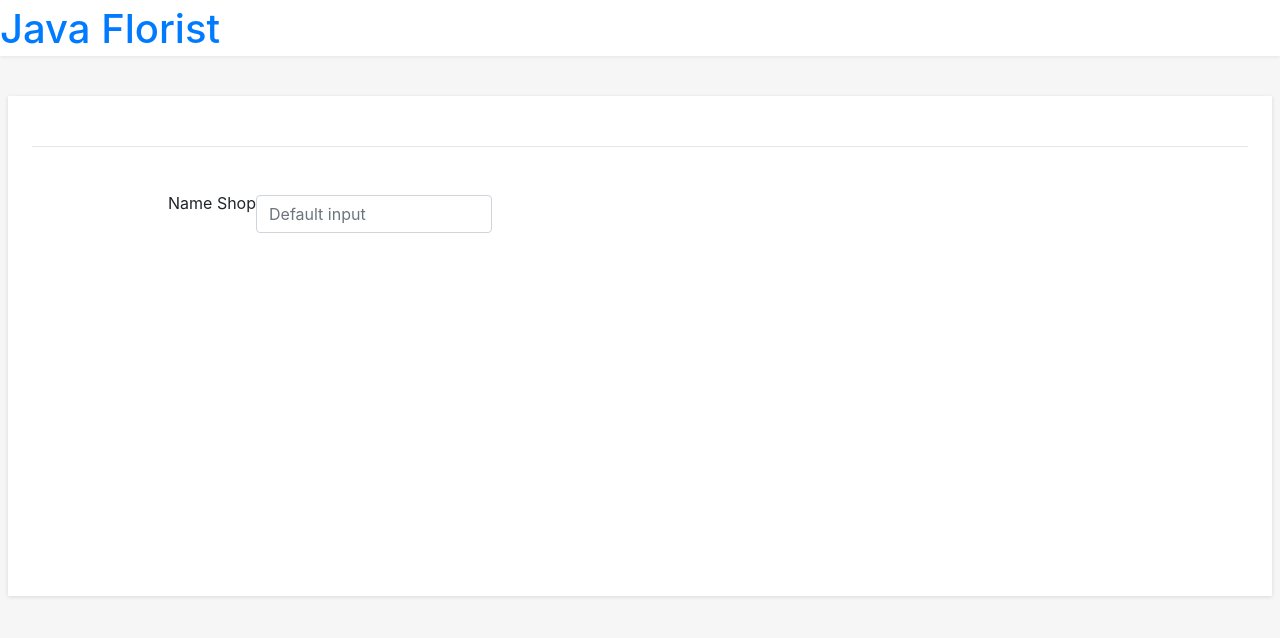
Repository: hienttm/flower-java-florist
Page: JavaFlorist/JavaFlorist/wwwroot/BecomePartner/index.html
An editor plug-in stored every save of this project. The page is shown before and after a run of saves, followed by the edit.
The browser window is 1280 px wide. The pictures show the whole page.
Some web libraries are served in a nearby version.

Above is the page before, as saved 2023-12-29 17:48:16.

### JavaFlorist/JavaFlorist/wwwroot/BecomePartner/index.html
<!DOCTYPE html>
<html lang="en">
<head>
    <meta charset="UTF-8">
    <meta name="viewport" content="width=device-width, initial-scale=1.0">
    <title>Document</title>
        <!-- Google Web Fonts -->
        <link rel="preconnect" href="https://fonts.googleapis.com">
        <link rel="preconnect" href="https://fonts.gstatic.com" crossorigin>
        <link href="https://fonts.googleapis.com/css2?family=Open+Sans:wght@400;600&family=Raleway:wght@600;800&display=swap" rel="stylesheet">

        <!-- Icon Font Stylesheet -->
        <link rel="stylesheet" href="https://use.fontawesome.com/releases/v5.15.4/css/all.css" />
        <link href="https://cdn.jsdelivr.net/npm/bootstrap-icons@1.4.1/font/bootstrap-icons.css" rel="stylesheet">

            <!-- Customized Bootstrap Stylesheet -->
            <link rel="stylesheet" href="https://cdn.jsdelivr.net/npm/bootstrap@4.0.0/dist/css/bootstrap.min.css" integrity="sha384-Gn5384xqQ1aoWXA+058RXPxPg6fy4IWvTNh0E263XmFcJlSAwiGgFAW/dAiS6JXm" crossorigin="anonymous">
        <link rel="stylesheet" href="style/Partner.css">
</head>
<body>
    <!-- Spinner Start -->
    <div class="onboarding-page">
        <div class="header">
            <a asp-action="Index" asp-controller="Home" class="navbar-brand"><h1 class="text-primary display-6"> Java Florist</h1></a>
        </div>
        <div class="onboarding">
            <div class="onboarding-layout__main">
                <div class="onboarding-layout__content onboarding-layout__card">
                    <div class="flow-step-content">
                        <div class="steps-header"></div>
                        <div class="form-input">
                            <form action="">
                                <div class="onboarding-form-item d-flex align-content-center">
                                    <label for="">Name Shop</label>
                                    <input class="form-control w-25" type="text" placeholder="Default input">
                                </div>
                            </form>
                        </div>
                    </div>

                </div>
            </div>
        </div>
    </div>


        <!-- JavaScript Libraries -->
        <script src="https://ajax.googleapis.com/ajax/libs/jquery/3.6.4/jquery.min.js"></script>
        <script src="https://cdn.jsdelivr.net/npm/bootstrap@5.0.0/dist/js/bootstrap.bundle.min.js"></script>
</body>
</html>

### JavaFlorist/JavaFlorist/wwwroot/BecomePartner/style/Partner.css
*,
*:before,
*:after {
  box-sizing: border-box;
}
* {
  margin: 0;
  padding: 0;
  font: inherit;
}
img,
picture,
svg,
video {
  display: block;
  max-width: 100%;
}
input,
select,
textarea {
  background-color: transparent;
  outline: none;
}
button {
  cursor: pointer;
  background-color: transparent;
  outline: none;
  border: 0;
}
body {
  min-height: 100vh;
  font-weight: 400;
  font-size: 16px;
  line-height: 1;
}

.onboarding-page{
    padding-top: 56px;
    min-width: 1264px;
    margin: 0 auto;
}
.header{
    position: fixed;
    top: 0;
    left: 0;
    width: 100%;
    height: 56px;
    box-shadow: 0 1px 4px 0 rgba(0,0,0,.07);
    background-color: #fff;
    z-index: 100001;
}

.navbar-brand{
    color: #CDB4DB !important;
}
.onboarding {
    min-height: calc(100vh - 56px - 40px);
    padding-bottom: 40px;
    background-color: #f6f6f6;
    }

.onboarding-layout__main {
        padding-top: 40px;
}

.onboarding-layout__card {
    width: 1264px;
    margin: 0 auto;
    height: 500px;
    background-color: #fff;
    box-shadow: 0 1px 4px 0 rgba(0,0,0,.12);
    }

    .flow-step-content{
        padding: 50px 24px;
    }
    .steps-header{
        border-bottom: 1px solid #e5e5e5;
    }

    .form-input{
        max-width: 944px;
        margin: 48px auto 40px;
        min-height: 198px;
}

After the next 2 saves:
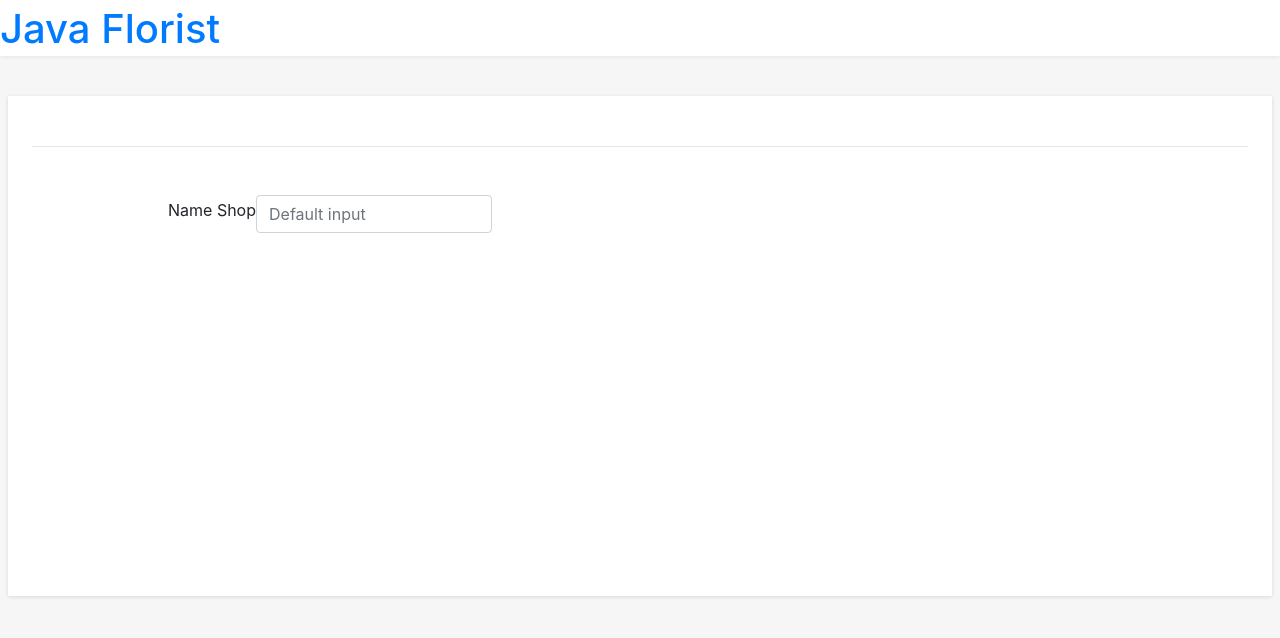
The 2 saves are shown as one change because they came seconds apart.
The last was saved 5 s later.
--- a/JavaFlorist/JavaFlorist/wwwroot/BecomePartner/index.html
+++ b/JavaFlorist/JavaFlorist/wwwroot/BecomePartner/index.html
@@ -30,7 +30,7 @@
                         <div class="steps-header"></div>
                         <div class="form-input">
                             <form action="">
-                                <div class="onboarding-form-item d-flex align-content-center">
+                                <div class="onboarding-form-item d-flex align-items-center">
                                     <label for="">Name Shop</label>
                                     <input class="form-control w-25" type="text" placeholder="Default input">
                                 </div>
